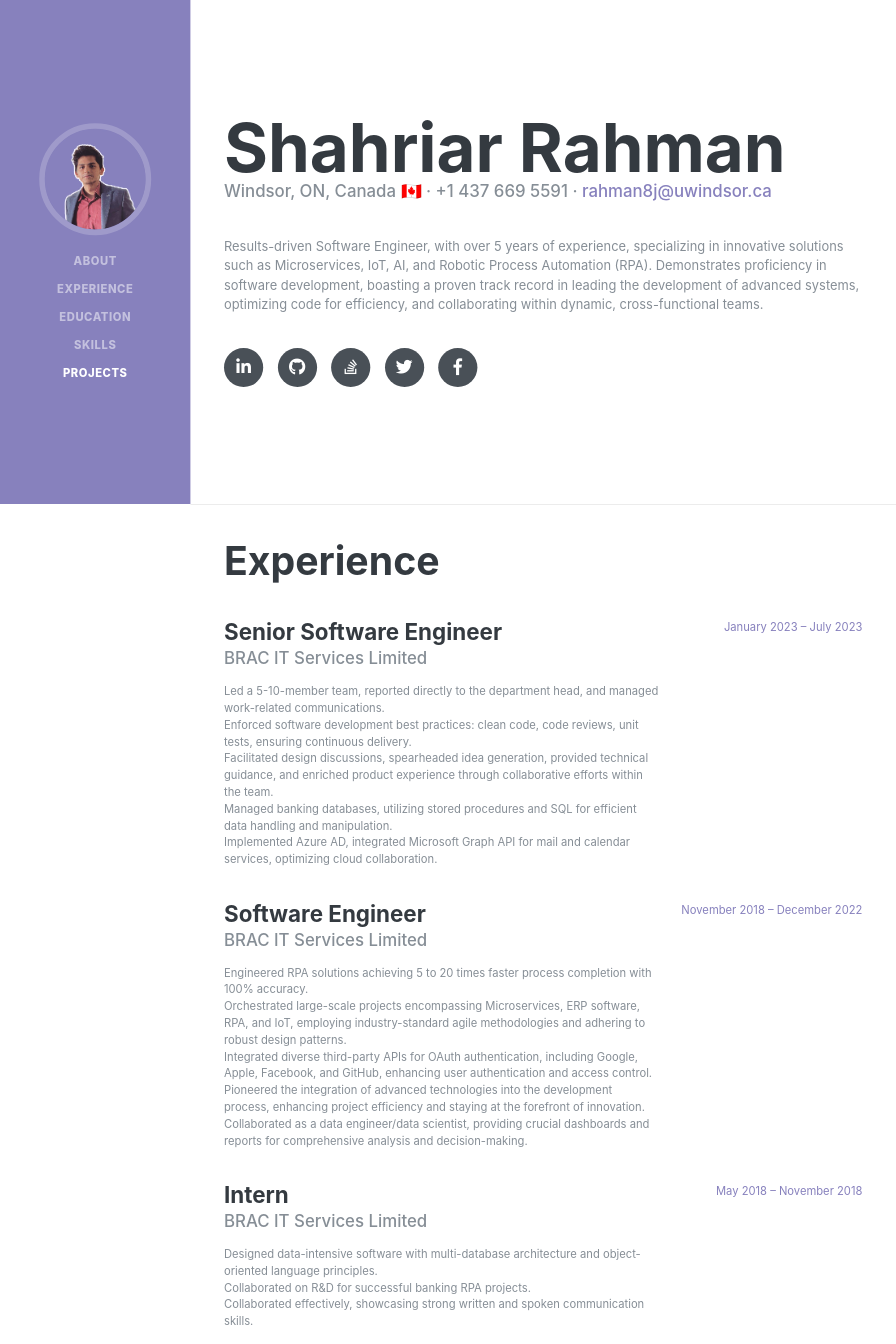
Repository: xahin96/xahin96.github.io
Page: index.html
The author's editor kept a copy of each file at every save. The page is drawn from the files as they stood at one save, then again after the next save.
The browser window is 1280 px wide. The pictures show the part of the page from y = 0 to 1920 px (the page is 5323 px tall before and 5453 px after), at 70% of full size.
Some web fonts or font styles are not loaded; a fallback is used.

Above is the page before, as saved 2024-04-27 12:23:16.

After the next save:
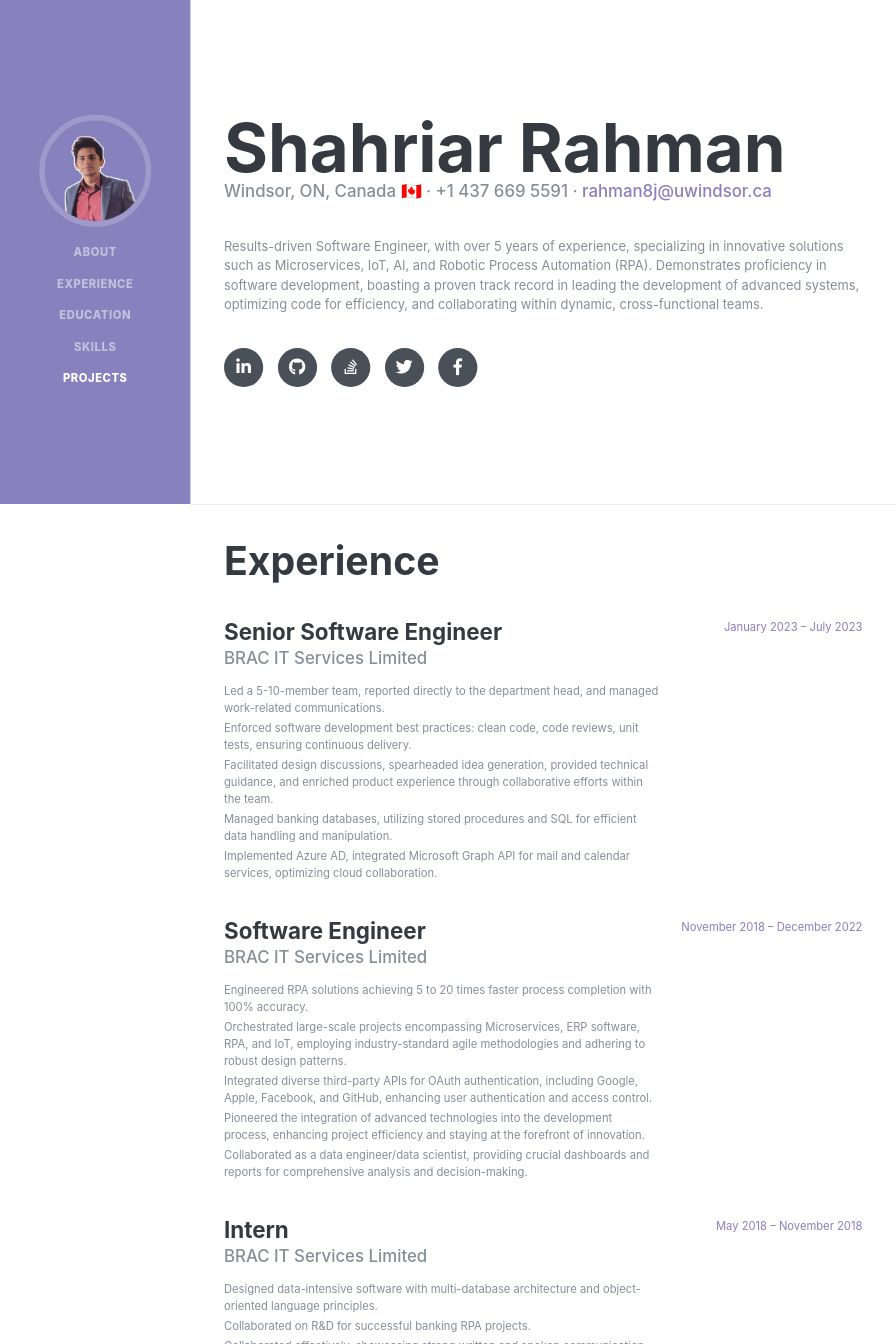
Saved 59 s later.
--- a/css/resume.css
+++ b/css/resume.css
@@ -48,6 +48,7 @@ p.lead {
 
 li{
   list-style: none;
+  margin-bottom: 5px;
 }
 
 .subheading {
